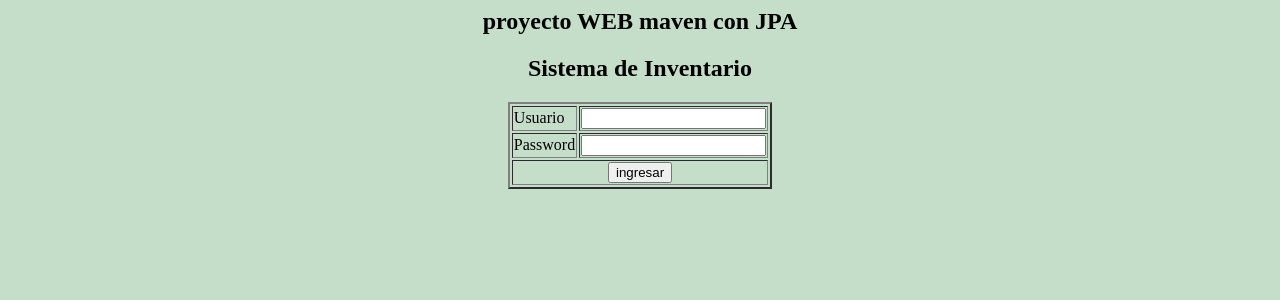
Repository: RubiG-T-L-001/ExamenSustitutorio
Page: http://localhost/ExamenSustitutorio/
These files come from the project's save history. The page is drawn as it stood at one moment and after the next save; the edit follows.
The browser window is 1280 px wide. The pictures show the whole page.
The page is served by Tomcat 9. Other server files are loaded and not shown.

Above is the page before, as saved 2024-10-19 03:37:02.

### ExamenSustitutorio/src/main/webapp/index.jsp
<html>
<body bgcolor="#c5dec9">
<h2 align="center">proyecto WEB maven con JPA</h2>
<h2 align="center">Sistema de Inventario</h2>
<table border="2" align="center">
<form action="ControladorUsuario" method="post">
<tr>
<td>Usuario</td>
<td><input type="text" name="usuario"></td>
</tr>
<tr>
<td>Password</td>
<td><input type="password" name="password"></td>
</tr>
<tr>

<td colspan="2" align="center">
<input type="submit" value="ingresar"></td>
</tr>
</table>
</form>
</body>
</html>

After the next save:
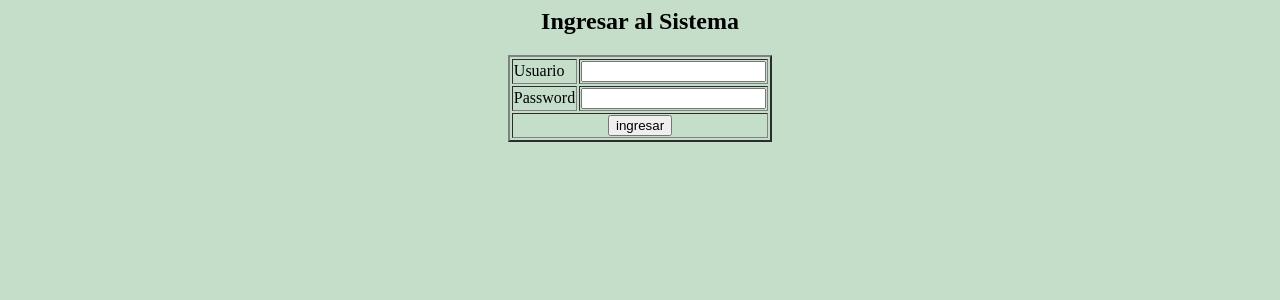
Saved 32 s later.
--- a/ExamenSustitutorio/src/main/webapp/index.jsp
+++ b/ExamenSustitutorio/src/main/webapp/index.jsp
@@ -1,7 +1,6 @@
 <html>
 <body bgcolor="#c5dec9">
-<h2 align="center">proyecto WEB maven con JPA</h2>
-<h2 align="center">Sistema de Inventario</h2>
+<h2 align="center">Ingresar al Sistema</h2>
 <table border="2" align="center">
 <form action="ControladorUsuario" method="post">
 <tr>
